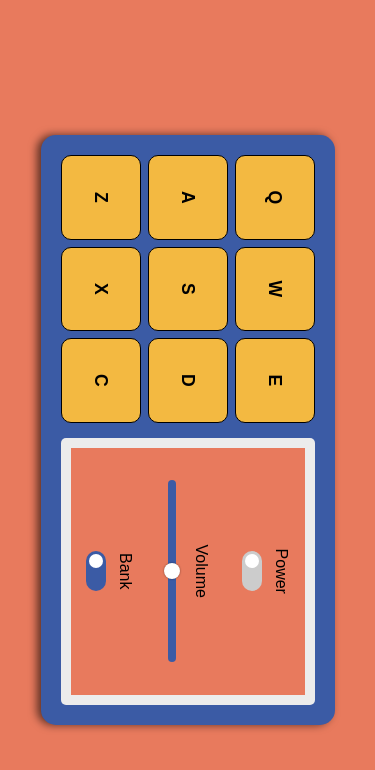
Repository: alfredoleano/drum-machine
Page: /
These files come from the project's save history. The page is drawn as it stood at one moment and after a run of saves; the edit follows.
The browser window is 375 px wide. The pictures show the whole page.
The project was rebuilt for these pictures with package versions that can differ from the ones it lists, and the page was loaded fresh each time.

Above is the page before, as saved 2024-06-14 13:16:50.

After the next 2 saves:
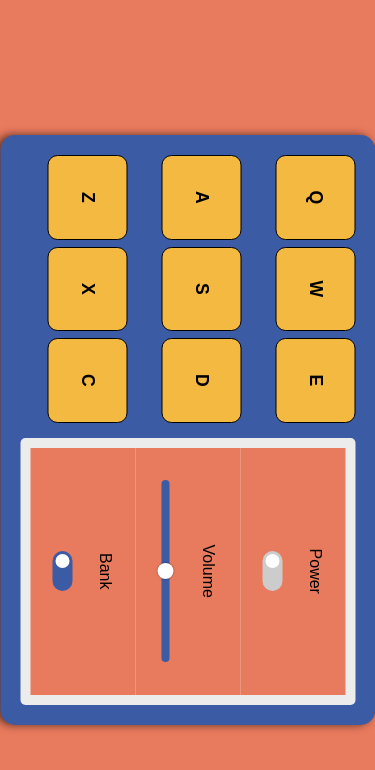
The 2 saves are shown as one change because 1 did not build or start.
The last was saved 4 min 18 s later.
--- a/src/styles.scss
+++ b/src/styles.scss
@@ -272,12 +272,11 @@ input[type="range"]::-ms-track {
 
   #display {
     position: absolute;
-    width: 75vh;
-    // height: 80vw;
-    transform: rotate(90deg);
-    transform-origin: center center;
+    width: 85vh; /* Adjusted width to fit within viewport height when rotated */
+    height: 100vw; /* Adjusted height to fit within viewport width when rotated */
     left: 50%; /* Centers the element horizontally */
     top: 50%;  /* Centers the element vertically */
     transform: translate(-50%, -50%) rotate(90deg); /* Adjusts positioning and rotates */
+    transform-origin: center center;
   }
 }
